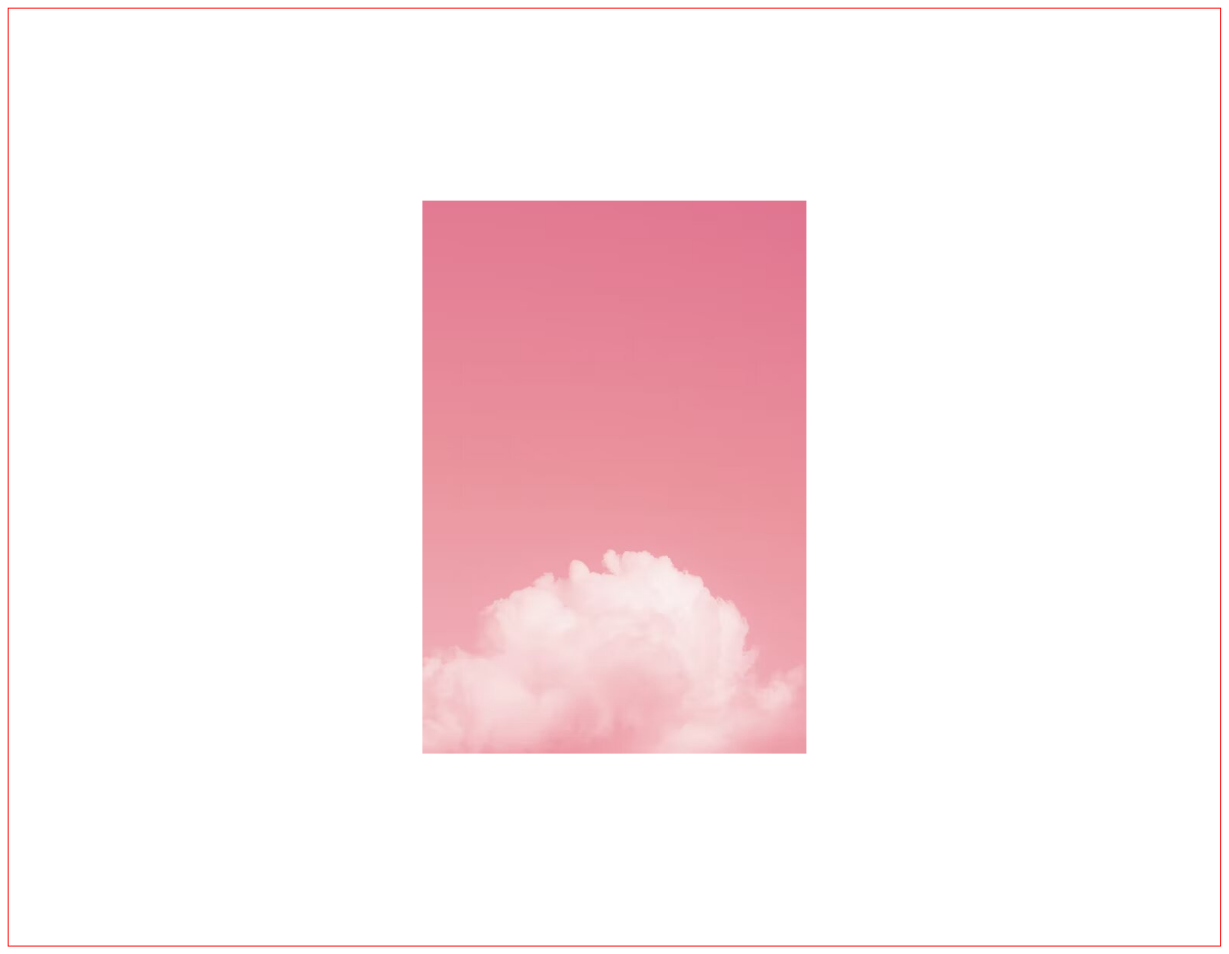
Repository: asya-aisa/grocery-list
Page: /
These files come from the project's save history. The page is drawn as it stood at one moment and after the next save; the edit follows.
The browser window is 1280 px wide. The pictures show the whole page, at 96% of full size.
The project was rebuilt for these pictures with package versions that can differ from the ones it lists, and the page was loaded fresh each time.

Above is the page before, as saved 2023-07-14 14:51:15.

### src/App.css
.App {
  background-image: url(fon-img.jpg);
  background-position: center;
  background-size: cover;
  background-repeat: no-repeat;
  width: 400px;
  min-height: 80vh;
  margin: 200px auto;
}
body {
  border: 1px red solid;

}

Loaded but not shown: public/index.html (common file); src/index.js (common file); src/App.js (common file); src/reportWebVitals.js (common file)

After the next save:
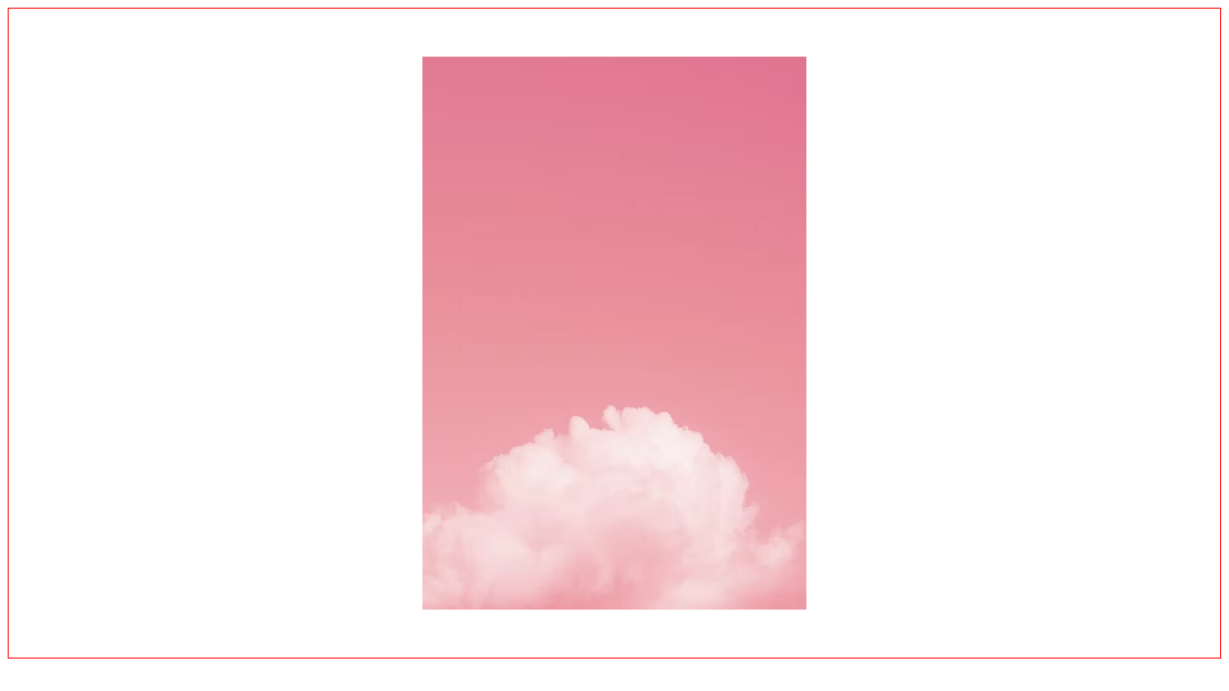
Saved 16 s later.
--- a/src/App.css
+++ b/src/App.css
@@ -5,7 +5,7 @@
   background-repeat: no-repeat;
   width: 400px;
   min-height: 80vh;
-  margin: 200px auto;
+  margin: 50px auto;
 }
 body {
   border: 1px red solid;
